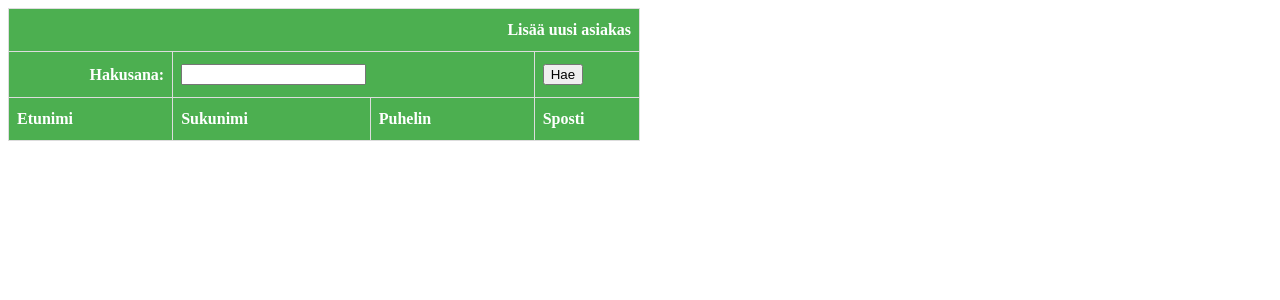
Repository: Lateh13/Asiakkaat
Page: http://localhost/Asiakkaat/listaaasiakkaat.jsp
An editor plug-in stored every save of this project. The page is shown before and after the next save, followed by the edit.
The browser window is 1280 px wide. The pictures show the whole page.
The page is served by Tomcat 9. Queries for data that is not in the repository find no rows.

Above is the page before, as saved 2020-04-29 16:06:13.

After the next save:
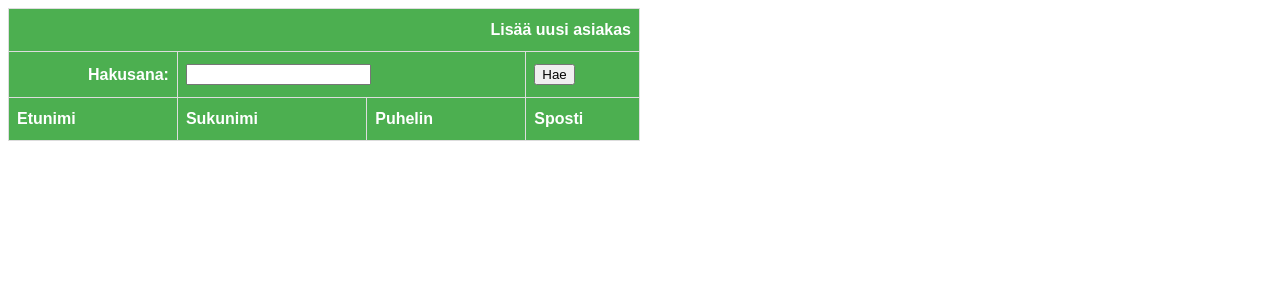
Saved 4 min 40 s later.
--- a/Asiakkaat/WebContent/css/main.css
+++ b/Asiakkaat/WebContent/css/main.css
@@ -1,7 +1,8 @@
 @charset "ISO-8859-1";
 table {
 	border-collapse: collapse;
-	width: 50%
+	width: 50%;
+	font-family: Arial, Helvetica, sans-serif;
 }
 
 table td, table th {
